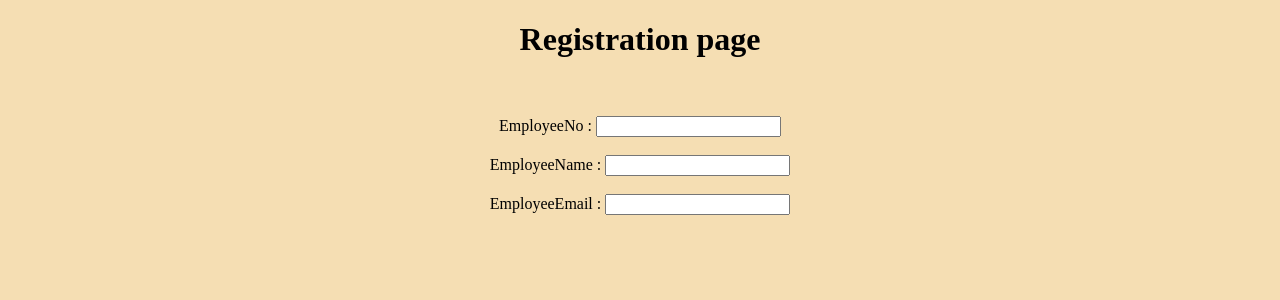
Repository: vikalp2910/VikalpRepo
Page: http://localhost/Proj01/views/registration.jsp
These files come from the project's save history. The page is drawn as it stood at one moment and after the next save; the edit follows.
The browser window is 1280 px wide. The pictures show the whole page.
The page is served by Tomcat 9.

Above is the page before, as saved 2020-08-24 07:48:01.

After the next save:
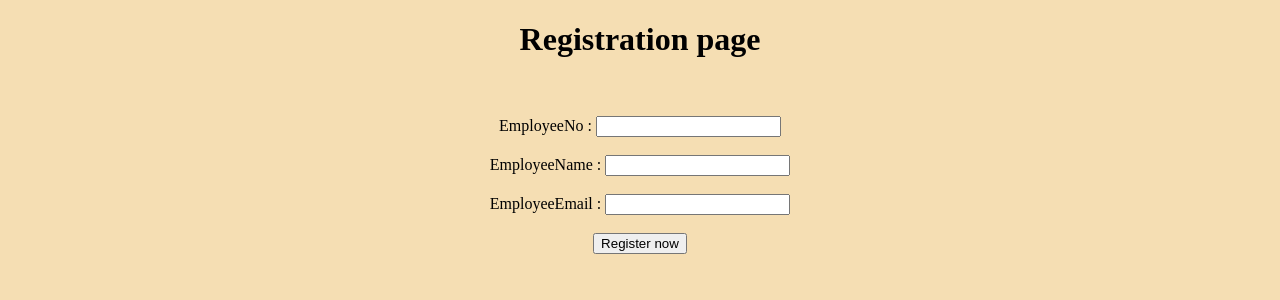
Saved 105 s later.
--- a/Proj01/src/main/webapp/views/registration.jsp
+++ b/Proj01/src/main/webapp/views/registration.jsp
@@ -13,8 +13,10 @@
             <br/>
          <form action="uderDetail">
              EmployeeNo : <input id="eNo" name="eNo">  <br/> <br/>
-             EmployeeName : <input id="eName" name="eName"> <br/> <br/>
-             EmployeeEmail : <input id="eEmail" name="eEmail"> <br/> <br/>
+           EmployeeName : <input id="eName" name="eName"> <br/> <br/>
+          EmployeeEmail : <input id="eEmail" name="eEmail"> <br/> <br/>
+
+          <input type="submit" value="Register now">
 
 
          </form>
